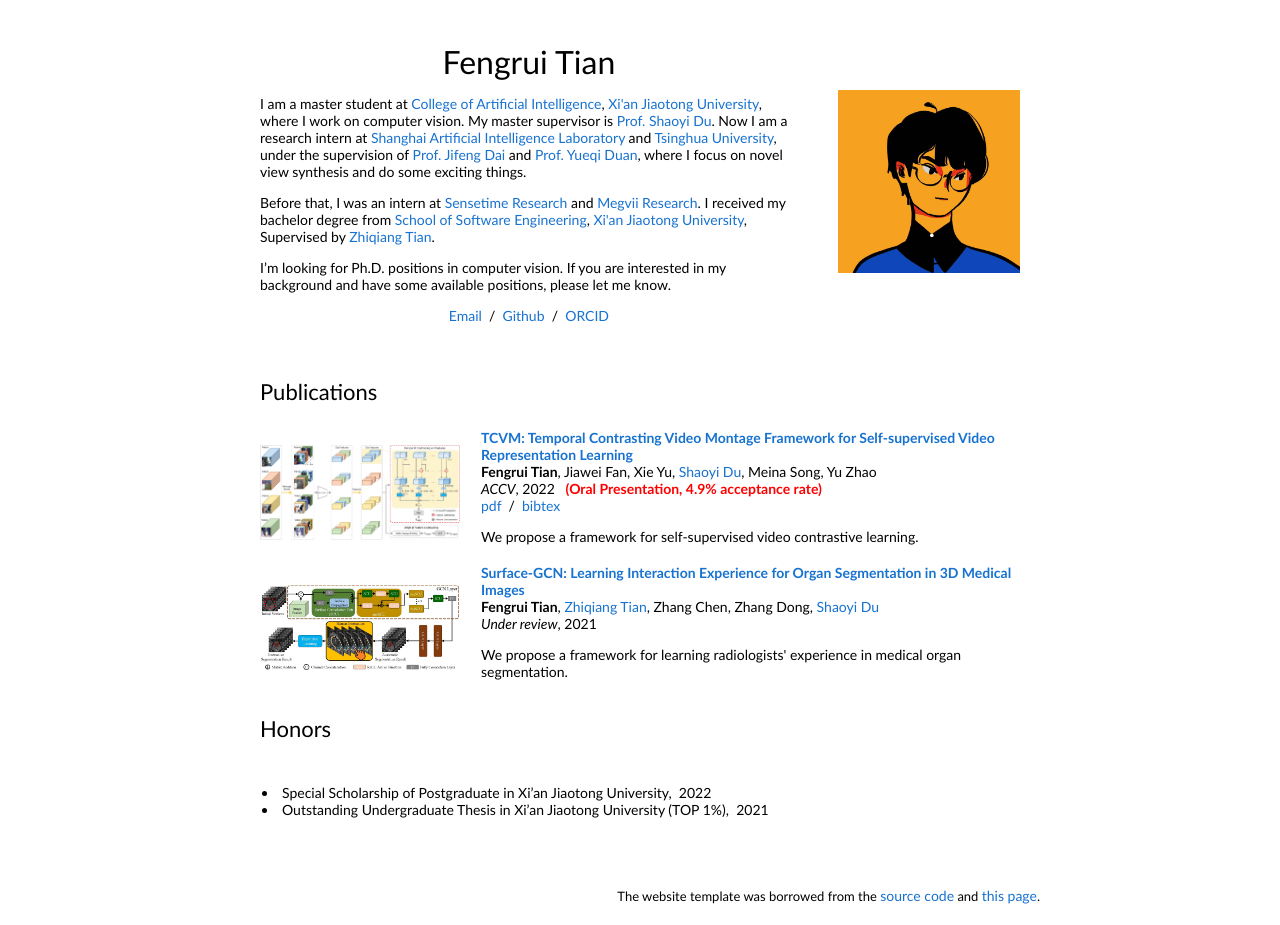
Repository: tianfr/tianfr.github.io
Page: index.html
The author's editor kept a copy of each file at every save. The page is drawn from the files as they stood at one save, then again after the next save.
The browser window is 1280 px wide. The pictures show the whole page.

Above is the page before, as saved 2022-11-20 16:18:08.

### index.html
<!DOCTYPE HTML>
<html lang="en"><head><meta http-equiv="Content-Type" content="text/html; charset=UTF-8">

  <title>Fengrui Tian </title>

  <meta name="author" content="Fengrui Tian">
  <meta name="viewport" content="width=device-width, initial-scale=1">

  <link rel="stylesheet" type="text/css" href="stylesheet.css">
	<link rel="icon" href="data:[embedded picture, 141 characters]">
</head>

<body>
  <table style="width:100%;max-width:800px;border:0px;border-spacing:0px;border-collapse:separate;margin-right:auto;margin-left:auto;"><tbody>
    <tr style="padding:0px">
      <td style="padding:0px">
        <table style="width:100%;border:0px;border-spacing:0px;border-collapse:separate;margin-right:auto;margin-left:auto;"><tbody>
          <tr style="padding:0px">
            <td style="padding:2.5%;width:65%;vertical-align:middle">
              <p style="text-align:center">
                <name>
                  Fengrui Tian
                  <!-- <font face="KaiTi" size="6">田丰瑞</font> -->
                </name>
              </p>
              <p>I am a master student at <a href="http://iair.xjtu.edu.cn/">College of Artificial Intelligence</a>, <a href="http://www.xjtu.edu.cn/">Xi'an Jiaotong University</a>, where I work on computer vision. My master supervisor is <a href="https://gr.xjtu.edu.cn/en/web/dushaoyi/home">Prof. Shaoyi Du</a>. Now I am a research intern at <a href="https://www.shlab.org.cn/">Shanghai Artificial Intelligence Laboratory</a> and <a href="https://www.tsinghua.edu.cn/">Tsinghua University</a>, under the supervision of <a href="https://jifengdai.org/">Prof. Jifeng Dai</a> and  <a href="https://duanyueqi.github.io/">Prof. Yueqi Duan</a>, where I focus on novel view synthesis and do some exciting things.
              </p>
              <p> Before that, I was an intern at <a href="https://www.sensetime.com/">Sensetime Research</a> and
                <a href="https://www.megvii.com/">Megvii Research</a>. I received my bachelor degree from  <a href="https://blog.google/products/google-ar-vr/introducing-next-generation-jump/">School of Software Engineering</a>, <a href="http://www.xjtu.edu.cn/">Xi'an Jiaotong University</a>, Supervised by <a href="https://gr.xjtu.edu.cn/en/web/zhiqiangtian/home">Zhiqiang Tian</a>.
              </p>
              <p>  I’m looking for Ph.D. positions in computer vision. If you are interested in my background and have some available positions, please let me know.
              </p>
              <p style="text-align:center">
                <a href="mailto:tianfr@stu.xjtu.edu.cn">Email</a> &nbsp/&nbsp
                <!-- <a href="data/JonBarron-CV.pdf">CV</a> &nbsp/&nbsp -->
                <!-- <a href="data/JonBarron-bio.txt">Bio</a> &nbsp/&nbsp -->
                <!-- <a href="https://scholar.google.com/citations?hl=en&user=jktWnL8AAAAJ">Google Scholar</a> &nbsp/&nbsp -->
                <!-- <a href="https://twitter.com/jon_barron">Twitter</a> &nbsp/&nbsp -->
                <a href="https://github.com/tianfr/">Github</a> &nbsp/&nbsp
                <a href="https://orcid.org/0000-0002-9577-5276">ORCID</a>
              </p>
            </td>
            <td style="padding:2.5%;width:25%;max-width:25%">
              <a href="images/Fengrui_Tian_avatar.jpg"><img style="width:100%;max-width:100%" alt="profile photo" src="images/Fengrui_Tian_avatar.jpg" class="hoverZoomLink"></a>
            </td>
          </tr>
        <!-- </tbody></table>
        <table style="width:100%;border:0px;border-spacing:0px;border-collapse:separate;margin-right:auto;margin-left:auto;"><tbody>
            <tr>
            <td style="padding:20px;width:100%;vertical-align:middle">
              <heading>Research</heading>
              <p>
                I'm interested in computer vision, machine learning, optimization, and image processing. Much of my research is about inferring the physical world (shape, motion, color, light, etc) from images. Representative papers are <span class="highlight">highlighted</span>.
              </p>
            </td>
          </tr>
        </tbody></table> -->
        <table width="100%" align="center" border="0" cellspacing="0" cellpadding="20"><tbody>
          <tr>
            <td>
              <heading>Publications</heading>
            </td>
          </tr>
        </tbody></table>
        <table style="width:100%;border:0px;border-spacing:0px;border-collapse:separate;margin-right:auto;margin-left:auto;"><tbody>

          <tr onmouseout="dreamfusion_stop()" onmouseover="dreamfusion_start()">
            <td style="padding:20px;width:25%;vertical-align:middle">
              <img src="images/tcvm_overview.jpg" alt="prl" width="200" height="95">
            </td>
            <!-- <td style="padding:20px;width:25%;vertical-align:middle">
              <div class="one">
                <div class="two" id='dreamfusion_image'><video  width=100% height=100% muted autoplay loop>
                <source src="images/dreamfusion.mp4" type="video/mp4">
                Your browser does not support the video tag.
                </video></div>
                <img src='images/tcvm_overview.jpg' width="160">
              </div>
              <script type="text/javascript">
                function dreamfusion_start() {
                  document.getElementById('dreamfusion_image').style.opacity = "1";
                }

                function dreamfusion_stop() {
                  document.getElementById('dreamfusion_image').style.opacity = "0";
                }
                dreamfusion_stop()
              </script>
            </td> -->
            <!-- <td style="padding:20px;width:75%;vertical-align:middle"> -->
            <td width="75%" valign="middle">
              <a href="paper/22accv_tcvm.pdf">
                <papertitle>TCVM: Temporal Contrasting Video Montage Framework for Self-supervised Video Representation Learning</papertitle>
              </a>
              <br>
              <strong>Fengrui Tian</strong>,
              Jiawei Fan,
              Xie Yu,
              <a href="https://gr.xjtu.edu.cn/en/web/dushaoyi/home">Shaoyi Du</a>,
              Meina Song,
              Yu Zhao
              <br>
              <em>ACCV</em>, 2022 &nbsp <font color="red"><strong>(Oral Presentation, 4.9% acceptance rate)</strong></font>
              <br>
              <a href="paper/22accv_tcvm.pdf">pdf</a>  &nbsp/&nbsp
              <a href="data/accv22TCVM.bib">bibtex</a>
              <p></p>
              <p>
              We propose a framework for self-supervised video contrastive learning.
              </p>
            </td>
          </tr>


          <tr>
            <td style="padding:20px;width:25%;vertical-align:middle">
              <img src="images/surfacegcn.jpg" alt="prl" width="200" height="85">
            </td>
            <td width="75%" valign="middle">
              <a href="">
                <papertitle>Surface-GCN: Learning Interaction Experience for Organ Segmentation in 3D Medical Images</papertitle>
              </a>
              <br>
              <strong>Fengrui Tian</strong>,
              <a href="https://gr.xjtu.edu.cn/en/web/zhiqiangtian/home">Zhiqiang Tian</a>,
              Zhang Chen,
              Zhang Dong,
              <a href="https://gr.xjtu.edu.cn/en/web/dushaoyi/home">Shaoyi Du</a>
              <br>
              <em>Under review</em>, 2021
              <br>
              <!-- <a href="data/BarronPRL2009.bib">bibtex</a> -->
              <p>We propose a framework for learning radiologists' experience in medical organ segmentation.</p>
            </td>
          </tr>

        </tbody></table>


        <table width="100%" align="center" border="0" cellspacing="0" cellpadding="20"><tbody>
          <tr>
            <td>
              <heading>Honors</heading>
            </td>
          </tr>
        </tbody></table>
        <table width="100%" align="center" border="0" cellpadding="20"><tbody>
          <tr>
            <td style="padding:20px;width:100%;vertical-align:middle">
              <li>Special Scholarship of Postgraduate in Xi’an Jiaotong University,&nbsp; 2022 </li>
              <li>Outstanding Undergraduate Thesis in Xi’an Jiaotong University (TOP 1%),&nbsp; 2021 </li> <br>
          </td>

          </tr>


        </tbody></table>
        <table style="width:100%;border:0px;border-spacing:0px;border-collapse:separate;margin-right:auto;margin-left:auto;"><tbody>
          <tr>
            <td style="padding:0px">
              <br>
              <p style="text-align:right;font-size:small;">
                The website template was borrowed from the <a href="https://github.com/jonbarron/website">source code</a> and <a href="https://jonbarron.info/"> this page</a>.
              </p>
            </td>
          </tr>
        </tbody></table>
      </td>
    </tr>
  </table>
</body>

</html>

### stylesheet.css
/* latin-ext */
@font-face {
  font-family: 'Lato';
  font-style: italic;
  font-weight: 400;
  src: local('Lato Italic'), local('Lato-Italic'), url(https://fonts.gstatic.com/s/lato/v15/S6u8w4BMUTPHjxsAUi-qNiXg7eU0.woff2) format('woff2');
  unicode-range: U+0100-024F, U+0259, U+1E00-1EFF, U+2020, U+20A0-20AB, U+20AD-20CF, U+2113, U+2C60-2C7F, U+A720-A7FF;
}
/* latin */
@font-face {
  font-family: 'Lato';
  font-style: italic;
  font-weight: 400;
  src: local('Lato Italic'), local('Lato-Italic'), url(https://fonts.gstatic.com/s/lato/v15/S6u8w4BMUTPHjxsAXC-qNiXg7Q.woff2) format('woff2');
  unicode-range: U+0000-00FF, U+0131, U+0152-0153, U+02BB-02BC, U+02C6, U+02DA, U+02DC, U+2000-206F, U+2074, U+20AC, U+2122, U+2191, U+2193, U+2212, U+2215, U+FEFF, U+FFFD;
}
/* latin-ext */
@font-face {
  font-family: 'Lato';
  font-style: italic;
  font-weight: 700;
  src: local('Lato Bold Italic'), local('Lato-BoldItalic'), url(https://fonts.gstatic.com/s/lato/v15/S6u_w4BMUTPHjxsI5wq_FQftx9897sxZ.woff2) format('woff2');
  unicode-range: U+0100-024F, U+0259, U+1E00-1EFF, U+2020, U+20A0-20AB, U+20AD-20CF, U+2113, U+2C60-2C7F, U+A720-A7FF;
}
/* latin */
@font-face {
  font-family: 'Lato';
  font-style: italic;
  font-weight: 700;
  src: local('Lato Bold Italic'), local('Lato-BoldItalic'), url(https://fonts.gstatic.com/s/lato/v15/S6u_w4BMUTPHjxsI5wq_Gwftx9897g.woff2) format('woff2');
  unicode-range: U+0000-00FF, U+0131, U+0152-0153, U+02BB-02BC, U+02C6, U+02DA, U+02DC, U+2000-206F, U+2074, U+20AC, U+2122, U+2191, U+2193, U+2212, U+2215, U+FEFF, U+FFFD;
}
/* latin-ext */
@font-face {
  font-family: 'Lato';
  font-style: normal;
  font-weight: 400;
  src: local('Lato Regular'), local('Lato-Regular'), url(https://fonts.gstatic.com/s/lato/v15/S6uyw4BMUTPHjxAwXiWtFCfQ7A.woff2) format('woff2');
  unicode-range: U+0100-024F, U+0259, U+1E00-1EFF, U+2020, U+20A0-20AB, U+20AD-20CF, U+2113, U+2C60-2C7F, U+A720-A7FF;
}
/* latin */
@font-face {
  font-family: 'Lato';
  font-style: normal;
  font-weight: 400;
  src: local('Lato Regular'), local('Lato-Regular'), url(https://fonts.gstatic.com/s/lato/v15/S6uyw4BMUTPHjx4wXiWtFCc.woff2) format('woff2');
  unicode-range: U+0000-00FF, U+0131, U+0152-0153, U+02BB-02BC, U+02C6, U+02DA, U+02DC, U+2000-206F, U+2074, U+20AC, U+2122, U+2191, U+2193, U+2212, U+2215, U+FEFF, U+FFFD;
}
/* latin-ext */
@font-face {
  font-family: 'Lato';
  font-style: normal;
  font-weight: 700;
  src: local('Lato Bold'), local('Lato-Bold'), url(https://fonts.gstatic.com/s/lato/v15/S6u9w4BMUTPHh6UVSwaPGQ3q5d0N7w.woff2) format('woff2');
  unicode-range: U+0100-024F, U+0259, U+1E00-1EFF, U+2020, U+20A0-20AB, U+20AD-20CF, U+2113, U+2C60-2C7F, U+A720-A7FF;
}
/* latin */
@font-face {
  font-family: 'Lato';
  font-style: normal;
  font-weight: 700;
  src: local('Lato Bold'), local('Lato-Bold'), url(https://fonts.gstatic.com/s/lato/v15/S6u9w4BMUTPHh6UVSwiPGQ3q5d0.woff2) format('woff2');
  unicode-range: U+0000-00FF, U+0131, U+0152-0153, U+02BB-02BC, U+02C6, U+02DA, U+02DC, U+2000-206F, U+2074, U+20AC, U+2122, U+2191, U+2193, U+2212, U+2215, U+FEFF, U+FFFD;
}

a {
  color: #1772d0;
  text-decoration: none;
}

a:focus,
a:hover {
  color: #f09228;
  text-decoration: none;
}

body,
td,
th,
tr,
p,
a {
  font-family: 'Lato', Verdana, Helvetica, sans-serif;
  font-size: 14px
}

strong {
  font-family: 'Lato', Verdana, Helvetica, sans-serif;
  font-size: 14px;
}

heading {
  font-family: 'Lato', Verdana, Helvetica, sans-serif;
  font-size: 22px;
}

papertitle {
  font-family: 'Lato', Verdana, Helvetica, sans-serif;
  font-size: 14px;
  font-weight: 700
}

name {
  font-family: 'Lato', Verdana, Helvetica, sans-serif;
  font-size: 32px;
}

.one {
  width: 160px;
  height: 160px;
  position: relative;
}

.two {
  width: 160px;
  height: 160px;
  position: absolute;
  transition: opacity .2s ease-in-out;
  -moz-transition: opacity .2s ease-in-out;
  -webkit-transition: opacity .2s ease-in-out;
}

.fade {
  transition: opacity .2s ease-in-out;
  -moz-transition: opacity .2s ease-in-out;
  -webkit-transition: opacity .2s ease-in-out;
}

span.highlight {
  background-color: #ffffd0;
}

After the next save:
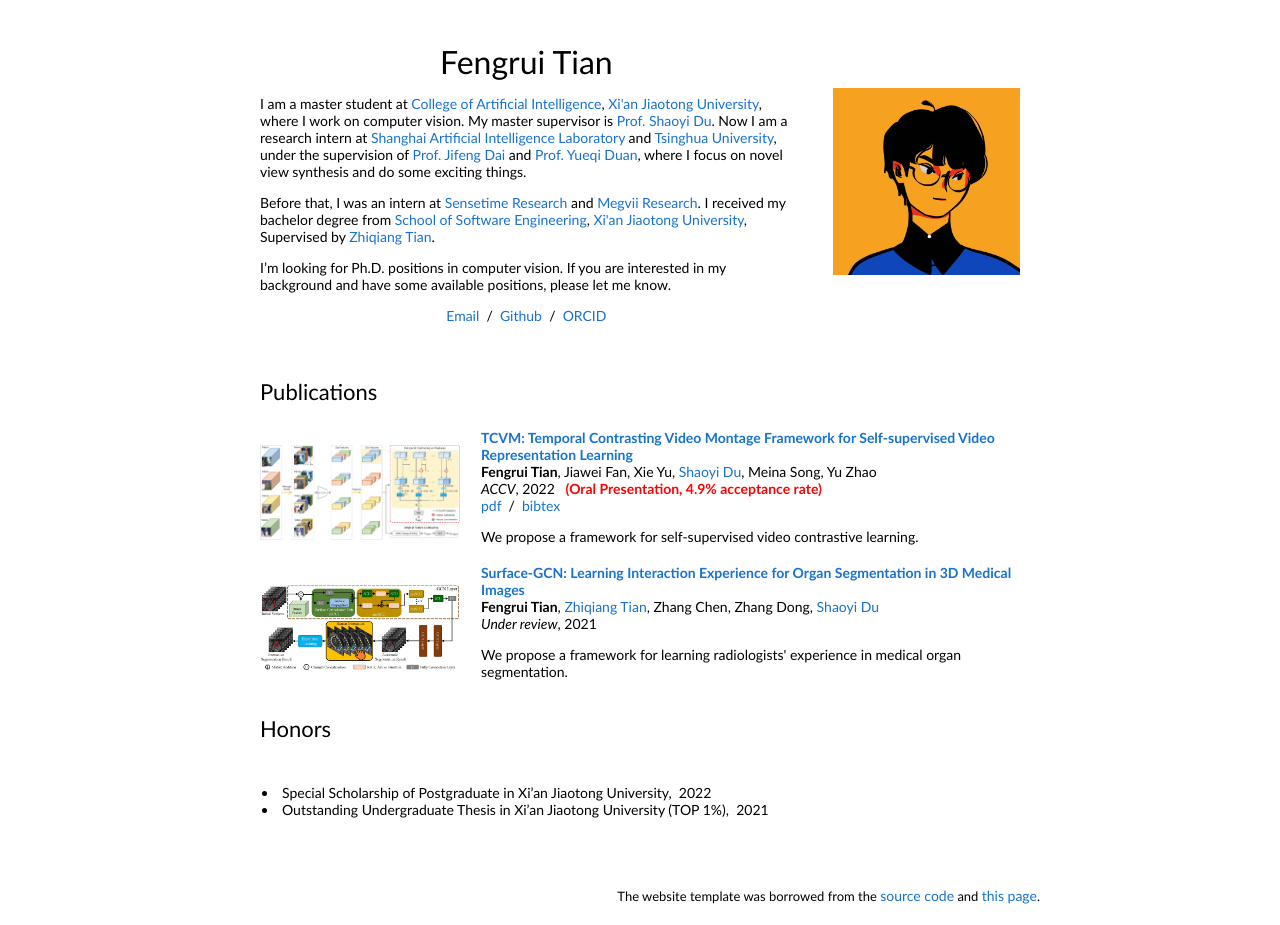
Saved 7 s later.
--- a/index.html
+++ b/index.html
@@ -16,7 +16,7 @@
       <td style="padding:0px">
         <table style="width:100%;border:0px;border-spacing:0px;border-collapse:separate;margin-right:auto;margin-left:auto;"><tbody>
           <tr style="padding:0px">
-            <td style="padding:2.5%;width:65%;vertical-align:middle">
+            <td style="padding:2.5%;width:63%;vertical-align:middle">
               <p style="text-align:center">
                 <name>
                   Fengrui Tian
